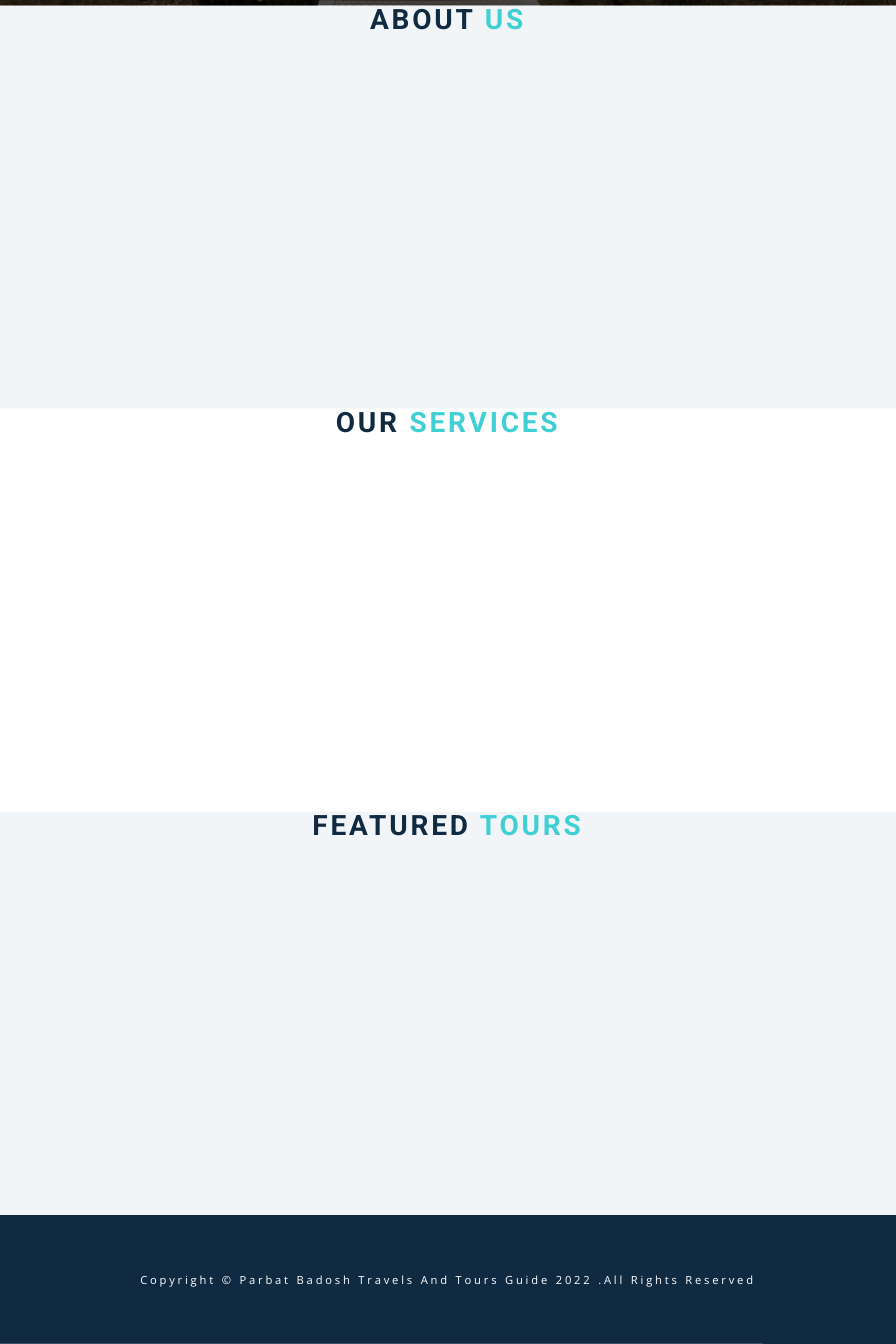
Repository: Kamrangujjar85112/Javascript-Vanilla-Projects
Page: setup/10-scroll/setup/index.html
An editor plug-in stored every save of this project. The page is shown before and after the next save, followed by the edit.
The browser window is 1280 px wide. The pictures show the part of the page from y = 794 to 2714 px (the page is 2714 px tall), at 70% of full size.
Some web libraries are served in a nearby version.

Above is the page before, as saved 2022-02-03 11:38:02.

### setup/10-scroll/setup/index.html
<!DOCTYPE html>
<html lang="en">
  <head>
    <meta charset="UTF-8" />
    <meta name="viewport" content="width=device-width, initial-scale=1.0" />
    <title>Scroll</title>
    <!-- font-awesome -->
    <link
      rel="stylesheet"
      href="https://cdnjs.cloudflare.com/ajax/libs/font-awesome/5.14.0/css/all.min.css"
    />
    <!-- styles -->
    <link rel="stylesheet" href="styles.css" />
  </head>
  <body>
    <header id="home">
      <nav id="nav">
        <div class="nav-center">
          <div class="nav-header">
            <img src="./logo.svg" alt="logo" class="logo">
            <button class="nav-toggle">
              <i class="fas fa-bars"></i>
            </button>
          </div>
          <div class="links-container">
            <ul class="links">
              <li>
                <a href="#home" class="scroll-link">home</a>
              </li>
              <li>
                <a href="#about" class="scroll-link">about</a>
              </li>
              <li>
                <a href="#services" class="scroll-link">services</a>
              </li>
              <li>
                <a href="#tours" class="scroll-link">tours</a>
              </li>
            </ul>
          </div>
        </div>
      </nav>
      <div class="banner">
        <div class="container">
          <h1>Scroll Project</h1>
          <p>
            Lorem ipsum dolor sit amet consectetur adipisicing elit. Dolorem facilis itaque accusantium earum cumque eveniet praesentium, dolorum voluptatibus quis nulla sit quos eligendi aliquid magnam quo totam exercitationem. Quas, minima?
          </p>
          <a href="#tours" class="scroll-link"></a>
        </div>
      </div>
    </header>
    <!-- about -->
    <section id="about" class="section">
      <div class="title">
        <h2>about <span>us</span></h2>
      </div>
    </section>
    <!-- services -->
    <section id="services" class="section">
      <div class="title">
        <h2>our <span>services</span></h2>
      </div>
    </section>
    <!-- about -->
    <section id="tours" class="section">
      <div class="title">
        <h2>featured <span>tours</span></h2>
      </div>
    </section>
    <!-- footer -->
    <footer class="section">
      <p>
        copyright &copy; Parbat Badosh travels and tours guide
        <span id="date"> </span>
        .all rights reserved
      </p>
    </footer>
    <!-- back to top button -->
    <a href="#home" class="scroll-link top-link">
      <i class="fas fa-arrow-up"></i>
    </a>
    <!-- javascript -->
    <script src="app.js"></script>
  </body>
</html>

### setup/10-scroll/setup/styles.css
/*
===============
Fonts
===============
*/
@import url("https://fonts.googleapis.com/css?family=Open+Sans|Roboto:400,700&display=swap");

/*
===============
Variables
===============
*/

:root {
  /* dark shades of primary color*/
  --clr-primary-1: hsl(205, 86%, 17%);
  --clr-primary-2: hsl(205, 77%, 27%);
  --clr-primary-3: hsl(205, 72%, 37%);
  --clr-primary-4: hsl(205, 63%, 48%);
  /* primary/main color */
  --clr-primary-5: #49a6e9;
  /* lighter shades of primary color */
  --clr-primary-6: hsl(205, 89%, 70%);
  --clr-primary-7: hsl(205, 90%, 76%);
  --clr-primary-8: hsl(205, 86%, 81%);
  --clr-primary-9: hsl(205, 90%, 88%);
  --clr-primary-10: hsl(205, 100%, 96%);
  /* darkest grey - used for headings */
  --clr-grey-1: hsl(209, 61%, 16%);
  --clr-grey-2: hsl(211, 39%, 23%);
  --clr-grey-3: hsl(209, 34%, 30%);
  --clr-grey-4: hsl(209, 28%, 39%);
  /* grey used for paragraphs */
  --clr-grey-5: hsl(210, 22%, 49%);
  --clr-grey-6: hsl(209, 23%, 60%);
  --clr-grey-7: hsl(211, 27%, 70%);
  --clr-grey-8: hsl(210, 31%, 80%);
  --clr-grey-9: hsl(212, 33%, 89%);
  --clr-grey-10: hsl(210, 36%, 96%);
  --clr-white: #fff;
  --clr-red-dark: hsl(360, 67%, 44%);
  --clr-red-light: hsl(360, 71%, 66%);
  --clr-green-dark: hsl(125, 67%, 44%);
  --clr-green-light: hsl(125, 71%, 66%);
  --clr-secondary: hsla(182, 63%, 54%);
  --clr-black: #222;
  --ff-primary: "Roboto", sans-serif;
  --ff-secondary: "Open Sans", sans-serif;
  --transition: all 0.3s linear;
  --spacing: 0.25rem;
  --radius: 0.5rem;
  --light-shadow: 0 5px 15px rgba(0, 0, 0, 0.1);
  --dark-shadow: 0 5px 15px rgba(0, 0, 0, 0.2);
  --max-width: 1170px;
  --fixed-width: 620px;
}
/*
===============
Global Styles
===============
*/
html {
  scroll-behavior: smooth;
}
*,
::after,
::before {
  margin: 0;
  padding: 0;
  box-sizing: border-box;
}
body {
  font-family: var(--ff-secondary);
  background: var(--clr-grey-10);
  color: var(--clr-grey-1);
  line-height: 1.5;
  font-size: 0.875rem;
}
ul {
  list-style-type: none;
}
a {
  text-decoration: none;
}
img:not(.logo) {
  width: 100%;
}
img {
  display: block;
}

h1,
h2,
h3,
h4 {
  letter-spacing: var(--spacing);
  text-transform: capitalize;
  line-height: 1.25;
  margin-bottom: 0.75rem;
  font-family: var(--ff-primary);
}
h1 {
  font-size: 3rem;
}
h2 {
  font-size: 2rem;
}
h3 {
  font-size: 1.25rem;
}
h4 {
  font-size: 0.875rem;
}
p {
  margin-bottom: 1.25rem;
  color: var(--clr-grey-5);
}
@media screen and (min-width: 800px) {
  h1 {
    font-size: 4rem;
  }
  h2 {
    font-size: 2.5rem;
  }
  h3 {
    font-size: 1.75rem;
  }
  h4 {
    font-size: 1rem;
  }
  body {
    font-size: 1rem;
  }
  h1,
  h2,
  h3,
  h4 {
    line-height: 1;
  }
}
/*  global classes */

.btn {
  text-transform: uppercase;
  background: transparent;
  color: var(--clr-black);
  padding: 0.375rem 0.75rem;
  letter-spacing: var(--spacing);
  display: inline-block;
  transition: var(--transition);
  font-size: 0.875rem;
  border: 2px solid var(--clr-black);
  cursor: pointer;
  box-shadow: 0 1px 3px rgba(0, 0, 0, 0.2);
  border-radius: var(--radius);
}
.btn:hover {
  color: var(--clr-white);
  background: var(--clr-black);
}
.btn-white {
  color: var(--clr-white);
  border-color: var(--clr-white);
  border-radius: 0;
  padding: 0.5rem 1rem;
}
.btn:hover {
  background: var(--clr-white);
  color: var(--clr-secondary);
}
/* section */
.section {
  padding-bottom: 5rem;
}

.section-center {
  width: 90vw;
  margin: 0 auto;
  max-width: 1170px;
}
@media screen and (min-width: 992px) {
  .section-center {
    width: 95vw;
  }
}
main {
  min-height: 100vh;
  display: grid;
  place-items: center;
}
/*
===============
Scroll
===============
*/
/* navbar */
nav {
  background: var(--clr-white);
  padding: 1rem 1.5rem;
}
/* fixed nav */
.fixed-nav {
  position: fixed;
  top: 0;
  left: 0;
  width: 100%;
  background: var(--clr-white);
  box-shadow: var(--light-shadow);
}
.fixed-nav .links a {
  color: var(--clr-grey-1);
}
.fixed-nav .links a:hover {
  color: var(--clr-secondary);
}
/* .fixed-nav .links-container {
  height: auto !important;
} */
.nav-header {
  display: flex;
  align-items: center;
  justify-content: space-between;
}
.nav-toggle {
  font-size: 1.5rem;
  color: var(--clr-grey-1);
  background: transparent;
  border-color: transparent;
  transition: var(--transition);
  cursor: pointer;
}
.nav-toggle:hover {
  color: var(--clr-secondary);
}
.logo {
  height: 50px;
}
.links-container {
  height: 0;
  overflow: hidden;
  transition: var(--transition);
}
.show-links {
  height: 200px;
}
.links a {
  background: var(--clr-white);
  color: var(--clr-grey-5);
  font-size: 1.1rem;
  text-transform: capitalize;
  letter-spacing: var(--spacing);
  display: block;
  transition: var(--transition);
  font-weight: bold;
  padding: 0.75rem 0;
}
.links a:hover {
  color: var(--clr-grey-1);
}
@media screen and (min-width: 800px) {
  nav {
    background: transparent;
  }
  .nav-center {
    width: 90vw;
    max-width: 1170px;
    margin: 0 auto;
    display: flex;
    align-items: center;
    justify-content: space-between;
  }
  .nav-header {
    padding: 0;
  }
  .nav-toggle {
    display: none;
  }
  .links-container {
    height: auto !important;
  }
  .links {
    display: flex;
  }
  .links a {
    background: transparent;
    color: var(--clr-white);
    font-size: 1.1rem;
    text-transform: capitalize;
    letter-spacing: var(--spacing);
    display: block;
    transition: var(--transition);
    margin: 0 1rem;
    font-weight: bold;
    padding: 0;
  }
  .links a:hover {
    color: var(--clr-white);
  }
}
/* hero */
header {
  min-height: 100vh;
  background: linear-gradient(rgba(63, 208, 212, 0.5), rgba(0, 0, 0, 0.7)),
    url(./hero-bcg.jpeg) center/cover no-repeat;
}
.banner {
  min-height: 100vh;
  display: grid;
  place-items: center;
  text-align: center;
}
.container h1 {
  color: var(--clr-white);
  text-transform: uppercase;
}
.container p {
  color: var(--clr-white);
  max-width: 25rem;
  margin: 0 auto;
  margin-bottom: 1.25rem;
}
@media screen and (min-width: 768px) {
  .container p {
    max-width: 40rem;
  }
}
/* sections and title */
.title h2 {
  text-align: center;
  text-transform: uppercase;
}
.title span {
  color: var(--clr-secondary);
}
#about,
#services,
#tours {
  height: 80vh;
}
#services {
  background: var(--clr-white);
}
footer {
  background: var(--clr-grey-1);
  padding: 5rem 1rem;
}
footer p {
  color: var(--clr-white);
  text-align: center;
  text-transform: capitalize;
  letter-spacing: var(--spacing);
  margin-bottom: 0;
}

.top-link {
  font-size: 1.25rem;
  position: fixed;
  bottom: 3rem;
  right: 3rem;
  background: var(--clr-secondary);
  width: 2rem;
  height: 2rem;
  display: grid;
  place-items: center;
  border-radius: var(--radius);
  color: var(--clr-white);
  animation: bounce 2s ease-in-out infinite;
  visibility: hidden;
  z-index: -100;
}
.show-link {
  visibility: visible;
  z-index: 100;
}

@keyframes bounce {
  0% {
    transform: scale(1);
  }
  50% {
    transform: scale(1.5);
  }
  100% {
    transform: scale(1);
  }
}

### setup/10-scroll/setup/app.js
// Element.getBoundingClientRect() method returns the size of an element and its position relative to the viewport.
// pageYOffset is a read - only window property that returns the number of pixels the document has been scrolled vertically.
// slice extracts a section of a string without modifying original string
//offsetTop - A Number, representing the top position of the element, in pixels

// ********** set date ************
const date = document.getElementById('date');
date.innerHTML = new Date().getFullYear();
// ********** close links ************
const navToggle = document.querySelector('.nav-toggle');
const linksContainer = document.querySelector('.links-container');
const links = document.querySelector('.links');

navToggle.addEventListener('click', function(){
    const containerHeight = linksContainer.getBoundingClientRect().height;
    const linksHeight = links.getBoundingClientRect().height;
    if(containerHeight === 0){
        linksContainer.style.height = `${linksHeight}px`;
    }else{
        linksContainer.style.height = 0;
    }
});
// ********** fixed navbar ************
const navbar = document.getElementById('nav');
const topLink = document.querySelector('.top-link');

window.addEventListener('scroll', function(){
    const scrollHeight = window.pageYOffset;
    const navHeight = navbar.getBoundingClientRect().height;
    if(scrollHeight > navHeight){
        navbar.classList.add('fixed-nav');
    }else{
        navbar.classList.remove('fixed-nav');
    }
    if(scrollHeight > 500){
        topLink.classList.add('show-link');
    }else{
        topLink.classList.remove('show-link');
    }
});
// ********** smooth scroll **********
// select links
const scrollLinks = document.querySelectorAll('.scroll-link');
scrollLinks.forEach(function(link){
    link.addEventListener('click', function(e){
        e.preventDefault();
        const id = e.currentTarget.getAttribute('href').slice(1);
        const element = document.getElementById(id);
        const navHeight = navbar.getBoundingClientRect().height;
        const containerHeight = linksContainer.getBoundingClientRect().height;
        const fixedNav = navbar.classList.contains('fixed-nav');
        let position = element.offsetTop-navHeight;
        if(!fixedNav){
            position = position - navHeight;
        }
        if(navHeight > 82){
            position = position + containerHeight;
        }
        window.scrollTo({
            left: 0,
            top: position,
        })
        containerHeight.style.height = 0;

    })
})

After the next save:
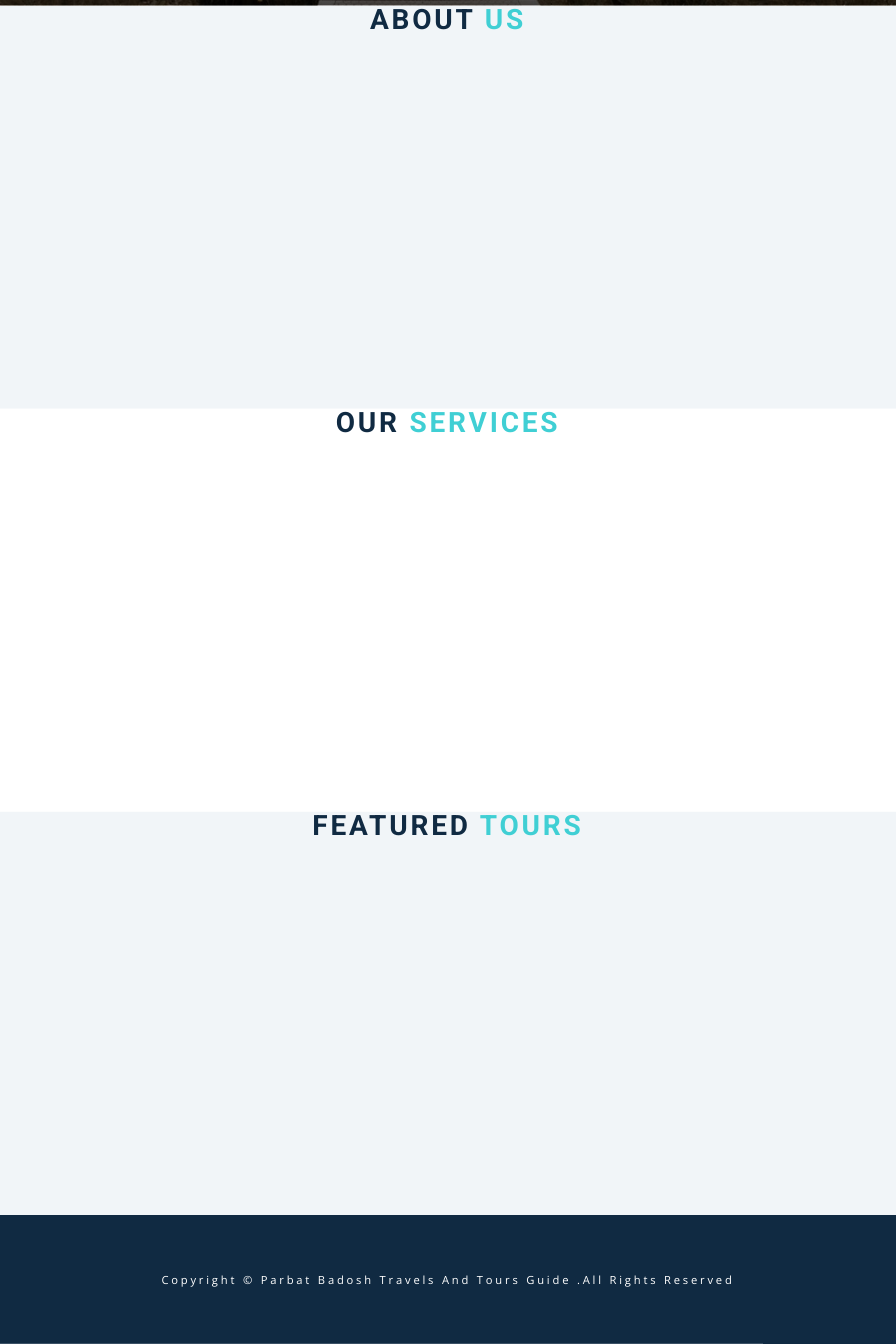
Console error: SyntaxError: Unexpected token '.'
Saved 22 s later.
--- a/setup/10-scroll/setup/app.js
+++ b/setup/10-scroll/setup/app.js
@@ -59,8 +59,10 @@
         window.scrollTo({
             left: 0,
             top: position,
+
+            containerHeight.style.height = 0;
         })
-        containerHeight.style.height = 0;
+
 
     })
 })

After the save that followed:
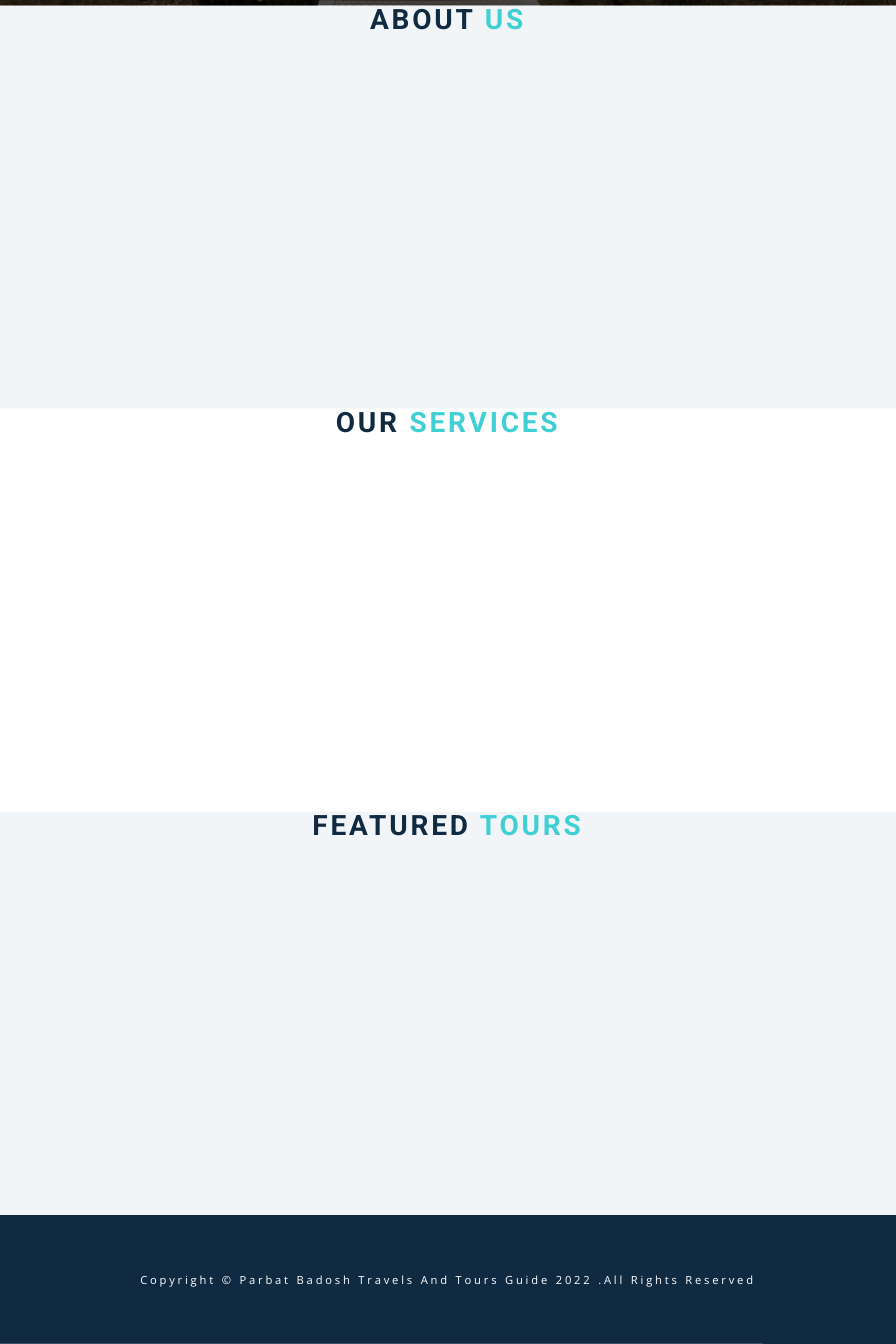
The error is gone.
Saved 66 s later.
--- a/setup/10-scroll/setup/app.js
+++ b/setup/10-scroll/setup/app.js
@@ -59,10 +59,8 @@
         window.scrollTo({
             left: 0,
             top: position,
-
-            containerHeight.style.height = 0;
         })
-
+        containerHeight.style.height = 0;
 
     })
 })
